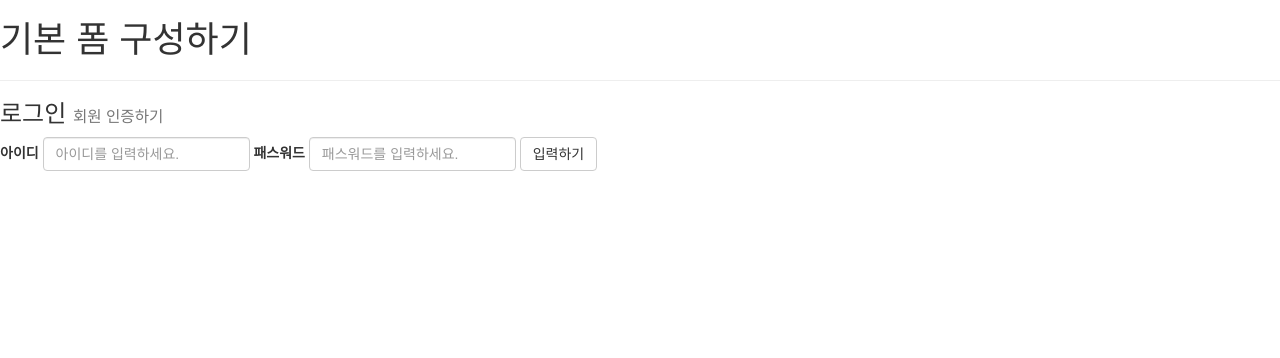
Repository: yhj4130/BootstrapStudy
Page: BootstrapWork/WebContent/BootEx04.html
These files come from the project's save history. The page is drawn as it stood at one moment and after the next save; the edit follows.
The browser window is 1280 px wide. The pictures show the whole page.

Above is the page before, as saved 2019-06-12 03:16:12.

### BootstrapWork/WebContent/BootEx04.html
<!DOCTYPE html>
<html>
<head>
<meta charset="UTF-8">
<title>BootEx04.html</title>

<link rel="stylesheet" href="css/bootstrap.css">
<script type="text/javascript" src="js/jquery-3.4.1.min.js"></script>
<script type="text/javascript" src="js/bootstrap.min.js"></script>

</head>
<body>

<div>
	<h1>기본 폼 구성하기</h1>
	<hr>
</div>

<div id="login">
	<h3>로그인 <small>회원 인증하기</small></h3>

	<!-- ※ BootEx04.html 의 내용을 그대로 복사하여 붙여넣은 후
	        form 태그에 form-inline 클래스 속성만 추가 -->

	<form action="" class="form-inline">

		<!-- 『form-group』 : 항목 1개 관련 내용만 묶기 -->
		<div class="form-group">
			<label for="txtId">아이디</label>
			<input type="text" id="txtId" placeholder="아이디를 입력하세요." required="required" class="form-control">
		</div>
		<div class="form-group">
			<label for="txtPw">패스워드</label>
			<input type="text" id="txtPw" placeholder="패스워드를 입력하세요." required="required" class="form-control">
		</div>

		<input type="submit" value="입력하기" class="btn btn-default">

	</form>
</div>

</body>
</html>

Loaded but not shown: BootstrapWork/WebContent/css/bootstrap.css (library); BootstrapWork/WebContent/js/jquery-3.4.1.min.js (library); BootstrapWork/WebContent/js/bootstrap.min.js (library)

After the next save:
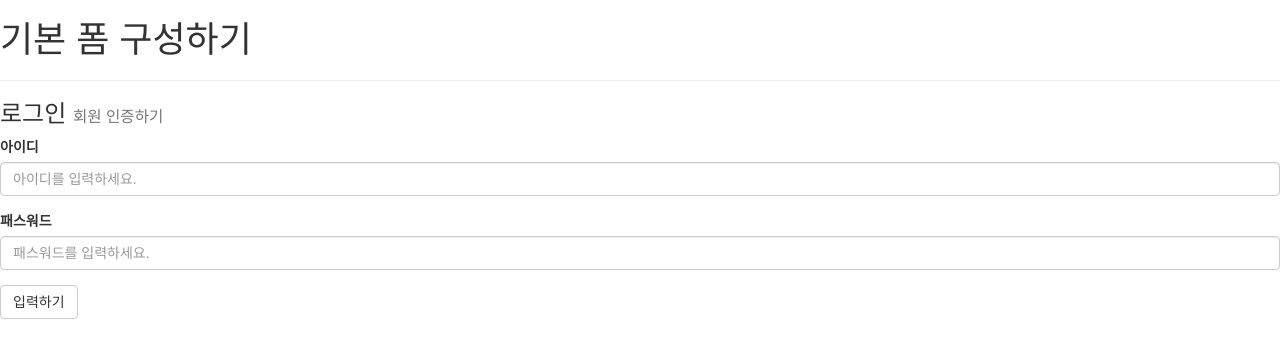
Saved 4 s later.
--- a/BootstrapWork/WebContent/BootEx04.html
+++ b/BootstrapWork/WebContent/BootEx04.html
@@ -22,7 +22,7 @@
 	<!-- ※ BootEx04.html 의 내용을 그대로 복사하여 붙여넣은 후
 	        form 태그에 form-inline 클래스 속성만 추가 -->
 
-	<form action="" class="form-inline">
+	<form action="">
 
 		<!-- 『form-group』 : 항목 1개 관련 내용만 묶기 -->
 		<div class="form-group">
